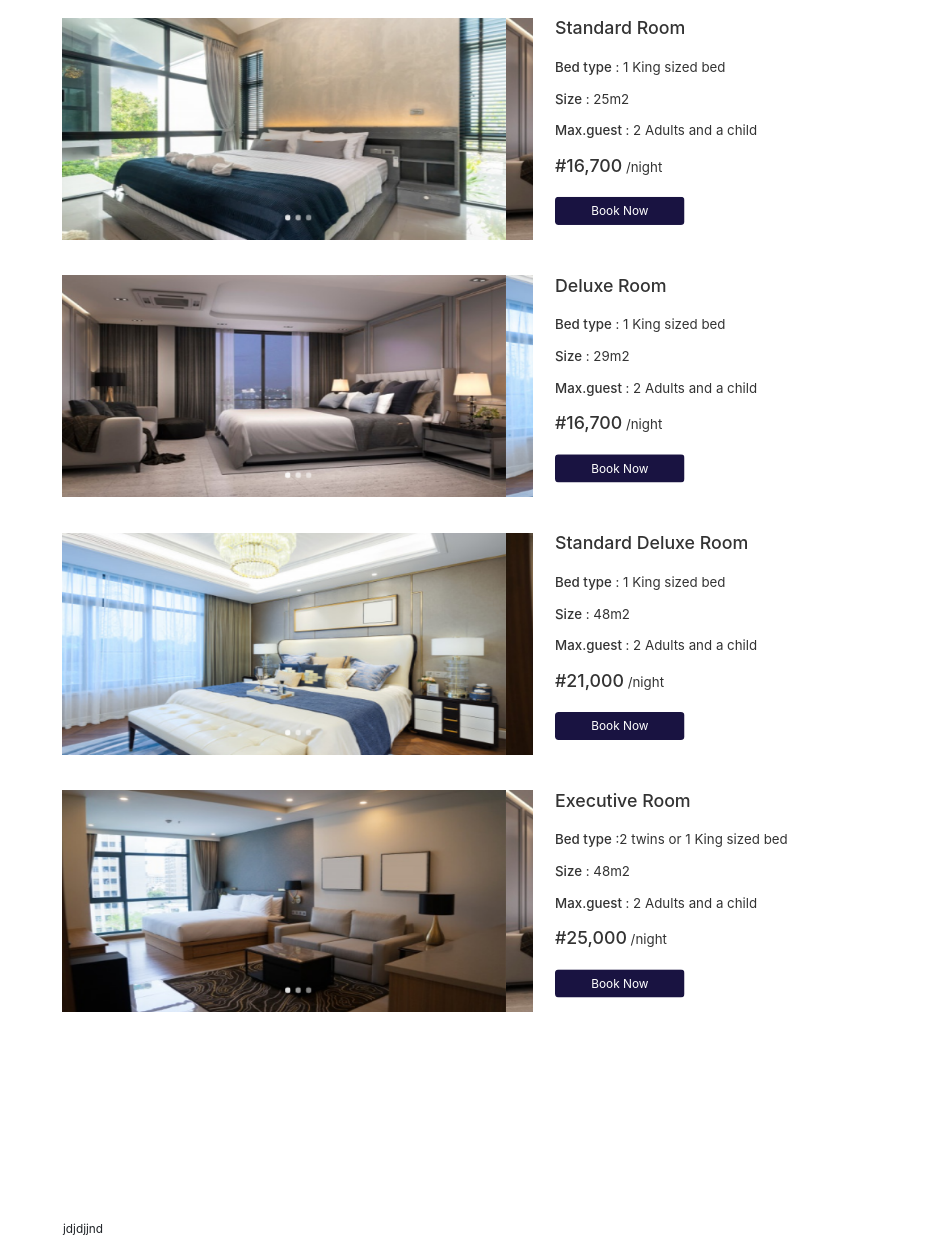
Repository: Syfon01/hotel-website
Page: room.html
The author's editor kept a copy of each file at every save. The page is drawn from the files as they stood at one save, then again after the next save.
The browser window is 1280 px wide. The pictures show the whole page, at 74% of full size.

Above is the page before, as saved 2020-06-08 19:16:20.

### room.html
<!doctype html>
<html lang="en">
  <head>
    <title>Title</title>
    <!-- Required meta tags -->
    <meta charset="utf-8">
    <meta name="viewport" content="width=device-width, initial-scale=1, shrink-to-fit=no">

    <!-- Bootstrap CSS -->
    <link rel="stylesheet" href="https://stackpath.bootstrapcdn.com/bootstrap/4.3.1/css/bootstrap.min.css" integrity="sha384-ggOyR0iXCbMQv3Xipma34MD+dH/1fQ784/j6cY/iJTQUOhcWr7x9JvoRxT2MZw1T" crossorigin="anonymous">
    <link rel="stylesheet" href="room.css">
  </head>
  <body>
    <!-- carousel section -->
    <section id="carousel-section">
      <div class="container">
        <div class="row py-4">
          <div class="col-md-7 col-lg-7 col-12 col-sm-12">
            <div id="carouselExampleIndicators" class="carousel slide" data-ride="carousel">
              <ol class="carousel-indicators">
                <li data-target="#carouselExampleIndicators" data-slide-to="0" class="active"></li>
                <li data-target="#carouselExampleIndicators" data-slide-to="1"></li>
                <li data-target="#carouselExampleIndicators" data-slide-to="2"></li>
              </ol>
              <div class="carousel-inner">
                <div class="carousel-item active">
                  <img src="./img/hotel1.png" class="d-block w-100 img-carousel img-fluid" alt="...">
                </div>
                <div class="carousel-item">
                  <img src="./img/hotel2.png" class="d-block w-100 img-carousel img-fluid" alt="...">
                </div>
                <div class="carousel-item">
                  <img src="./img/hotel3.png" class="d-block w-100 img-carousel img-fluid" alt="...">
                </div>
              </div>

            </div>
          </div>
          <div class="col-md-5 col-lg-5 col-12 col-sm-12">
            <h4 class="text-purple mb-4">Standard Room</h4>
            <p class="text-purple"><span class="p-font-weight">Bed type </span>: 1 King sized bed</p>
            <p class="text-purple"><span class="p-font-weight">Size</span> : 25m2</p>
            <p class="text-purple"><span class="p-font-weight">Max.guest </span>: 2 Adults and a child</p>
            <p class="text-purple mb-4"><span class="p-font-weight p-20">#16,700</span> /night</p>
            <button class="btn btn-purple px-5">Book Now</button>
          </div>
        </div>

        <div class="row py-4">
          <div class="col-md-7 col-lg-7 col-12 col-sm-12">
            <div id="carouselExampleIndicators" class="carousel slide" data-ride="carousel">
              <ol class="carousel-indicators">
                <li data-target="#carouselExampleIndicators" data-slide-to="0" class="active"></li>
                <li data-target="#carouselExampleIndicators" data-slide-to="1"></li>
                <li data-target="#carouselExampleIndicators" data-slide-to="2"></li>
              </ol>
              <div class="carousel-inner">
                <div class="carousel-item active">
                  <img src="./img/hotel2.png" class="d-block w-100 img-carousel img-fluid" alt="...">
                </div>
                <div class="carousel-item">
                  <img src="./img/hotel3.png" class="d-block w-100 img-carousel img-fluid" alt="...">
                </div>
                <div class="carousel-item">
                  <img src="./img/hotel4.png" class="d-block w-100 img-carousel img-fluid" alt="...">
                </div>
              </div>

            </div>
          </div>
          <div class="col-md-5 col-lg-5 col-12 col-sm-12">
            <h4 class="text-purple mb-4">Deluxe Room</h4>
            <p class="text-purple"><span class="p-font-weight">Bed type </span>: 1 King sized bed</p>
            <p class="text-purple"><span class="p-font-weight">Size</span> : 29m2</p>
            <p class="text-purple"><span class="p-font-weight">Max.guest </span>: 2 Adults and a child</p>
            <p class="text-purple mb-4"><span class="p-font-weight p-20">#16,700</span> /night</p>
            <button class="btn btn-purple px-5">Book Now</button>
          </div>
        </div>

        <div class="row py-4">
          <div class="col-md-7 col-lg-7 col-12 col-sm-12">
            <div id="carouselExampleIndicators" class="carousel slide" data-ride="carousel">
              <ol class="carousel-indicators">
                <li data-target="#carouselExampleIndicators" data-slide-to="0" class="active"></li>
                <li data-target="#carouselExampleIndicators" data-slide-to="1"></li>
                <li data-target="#carouselExampleIndicators" data-slide-to="2"></li>
              </ol>
              <div class="carousel-inner">
                <div class="carousel-item active">
                  <img src="./img/hotel3.png" class="d-block w-100 img-carousel h-50 img-fluid" alt="...">
                </div>
                <div class="carousel-item">
                  <img src="./img/hotel4.png" class="d-block w-100 img-carousel img-fluid" alt="...">
                </div>
                <div class="carousel-item">
                  <img src="./img/hotel1.png" class="d-block w-100 img-carousel img-fluid" alt="...">
                </div>
              </div>

            </div>
          </div>
          <div class="col-md-5 col-lg-5 col-12 col-sm-12">
            <h4 class="text-purple mb-4">Standard Deluxe Room</h4>
            <p class="text-purple"><span class="p-font-weight">Bed type </span>: 1 King sized bed</p>
            <p class="text-purple"><span class="p-font-weight">Size</span> : 48m2</p>
            <p class="text-purple"><span class="p-font-weight">Max.guest </span>: 2 Adults and a child</p>
            <p class="text-purple mb-4"><span class="p-font-weight p-20">#21,000</span> /night</p>
            <button class="btn btn-purple px-5">Book Now</button>
          </div>
        </div>

        <div class="row py-4">
          <div class="col-md-7 col-lg-7 col-12 col-sm-12">
            <div id="carouselExampleIndicators" class="carousel slide" data-ride="carousel">
              <ol class="carousel-indicators">
                <li data-target="#carouselExampleIndicators" data-slide-to="0" class="active"></li>
                <li data-target="#carouselExampleIndicators" data-slide-to="1"></li>
                <li data-target="#carouselExampleIndicators" data-slide-to="2"></li>
              </ol>
              <div class="carousel-inner">
                <div class="carousel-item active">
                  <img src="./img/hotel4.png" class="d-block w-100 img-carousel h-50 img-fluid" alt="...">
                </div>
                <div class="carousel-item">
                  <img src="./img/hotel2.png" class="d-block w-100 img-carousel img-fluid" alt="...">
                </div>
                <div class="carousel-item">
                  <img src="./img/hotel1.png" class="d-block w-100 img-carousel img-fluid" alt="...">
                </div>
              </div>

            </div>
          </div>
          <div class="col-md-5 col-lg-5 col-12 col-sm-12">
            <h4 class="text-purple mb-4">Executive Room</h4>
            <p class="text-purple"><span class="p-font-weight">Bed type </span>:2 twins or 1 King sized bed</p>
            <p class="text-purple"><span class="p-font-weight">Size</span> : 48m2</p>
            <p class="text-purple"><span class="p-font-weight">Max.guest </span>: 2 Adults and a child</p>
            <p class="text-purple mb-4"><span class="p-font-weight p-20">#25,000</span> /night</p>
            <button class="btn btn-purple px-5">Book Now</button>
          </div>
        </div>
      </div>
    </section>

    <!-- explore section  -->
    <div class="explore py-3">
      <div class='hero'>something here</div>
</div>

<div class="container my-4">
  jdjdjjnd
</div>

    <!-- Optional JavaScript -->
    <!-- jQuery first, then Popper.js, then Bootstrap JS -->
    <script src="https://code.jquery.com/jquery-3.3.1.slim.min.js" integrity="sha384-q8i/X+965DzO0rT7abK41JStQIAqVgRVzpbzo5smXKp4YfRvH+8abtTE1Pi6jizo" crossorigin="anonymous"></script>
    <script src="https://cdnjs.cloudflare.com/ajax/libs/popper.js/1.14.7/umd/popper.min.js" integrity="sha384-UO2eT0CpHqdSJQ6hJty5KVphtPhzWj9WO1clHTMGa3JDZwrnQq4sF86dIHNDz0W1" crossorigin="anonymous"></script>
    <script src="https://stackpath.bootstrapcdn.com/bootstrap/4.3.1/js/bootstrap.min.js" integrity="sha384-JjSmVgyd0p3pXB1rRibZUAYoIIy6OrQ6VrjIEaFf/nJGzIxFDsf4x0xIM+B07jRM" crossorigin="anonymous"></script>
  </body>
</html>

### room.css
.text-purple{
 color: #333333
}
.p-font-weight{
  font-weight: 500;
}
.p-20{
  font-size: 24px;
}
p{
  font-size: 18px;;
}
.btn-purple{
  background-color: #191341;
  color: #fff;
  border-radius: 5px;
}
.img-carousel{
  height: 300px!important;
}
.carousel-indicators li{
  border-radius: 100%;
  width: 8px;
  height: 8px;
}

.hero{
   background-image: linear-gradient(to bottom, rgba(245, 246, 252, 0.52), rgba(117, 19, 93, 0.73))url('/img/explore.png');
   width: 100%;
   height: 200px;
   background-size: cover;
   color: white;
  ;
}

After the next save:
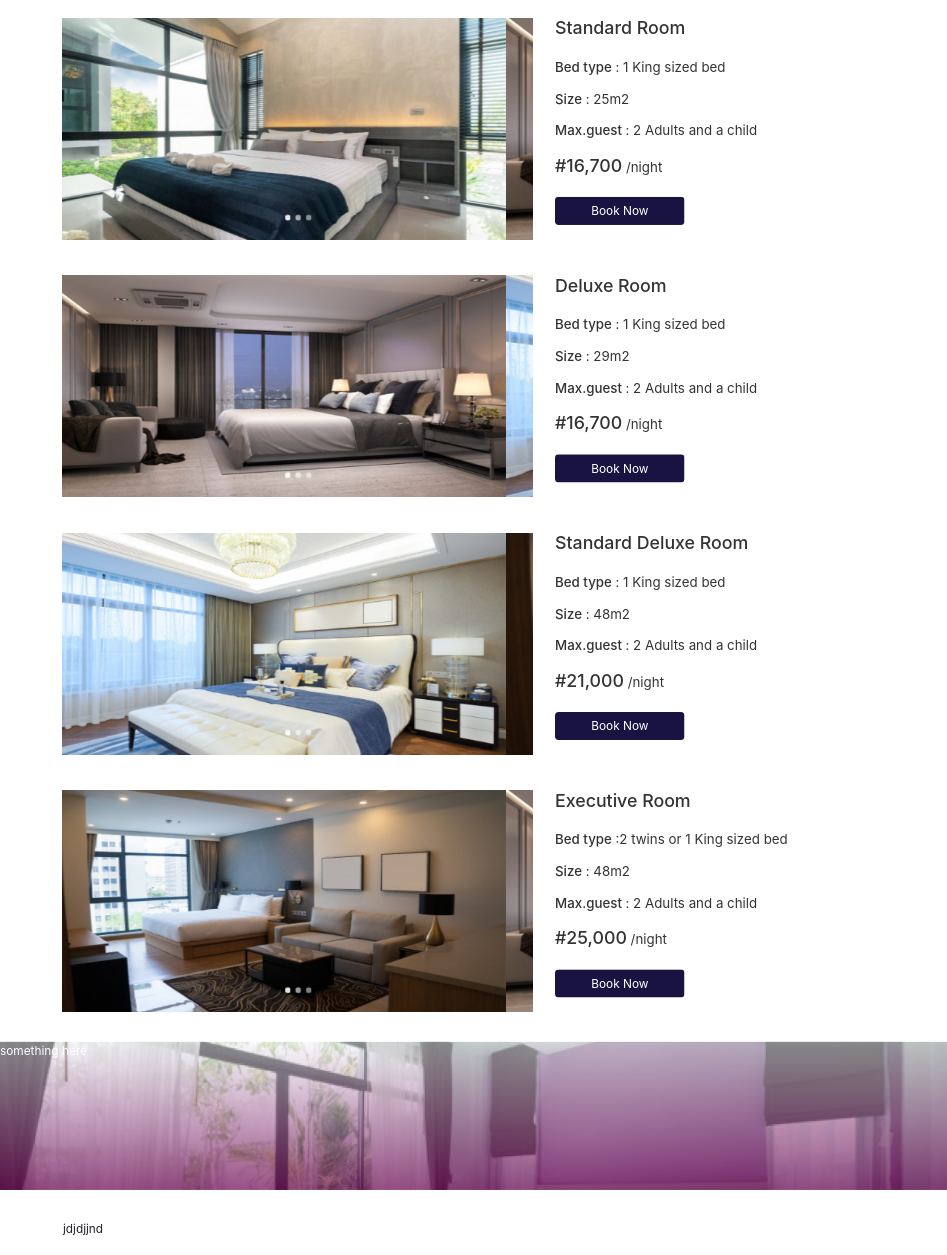
Saved 5 s later.
--- a/room.css
+++ b/room.css
@@ -25,7 +25,7 @@ p{
 }
 
 .hero{
-   background-image: linear-gradient(to bottom, rgba(245, 246, 252, 0.52), rgba(117, 19, 93, 0.73))url('/img/explore.png');
+   background-image: linear-gradient(to bottom, rgba(245, 246, 252, 0.52), rgba(117, 19, 93, 0.73)),url('/img/explore.png');
    width: 100%;
    height: 200px;
    background-size: cover;
